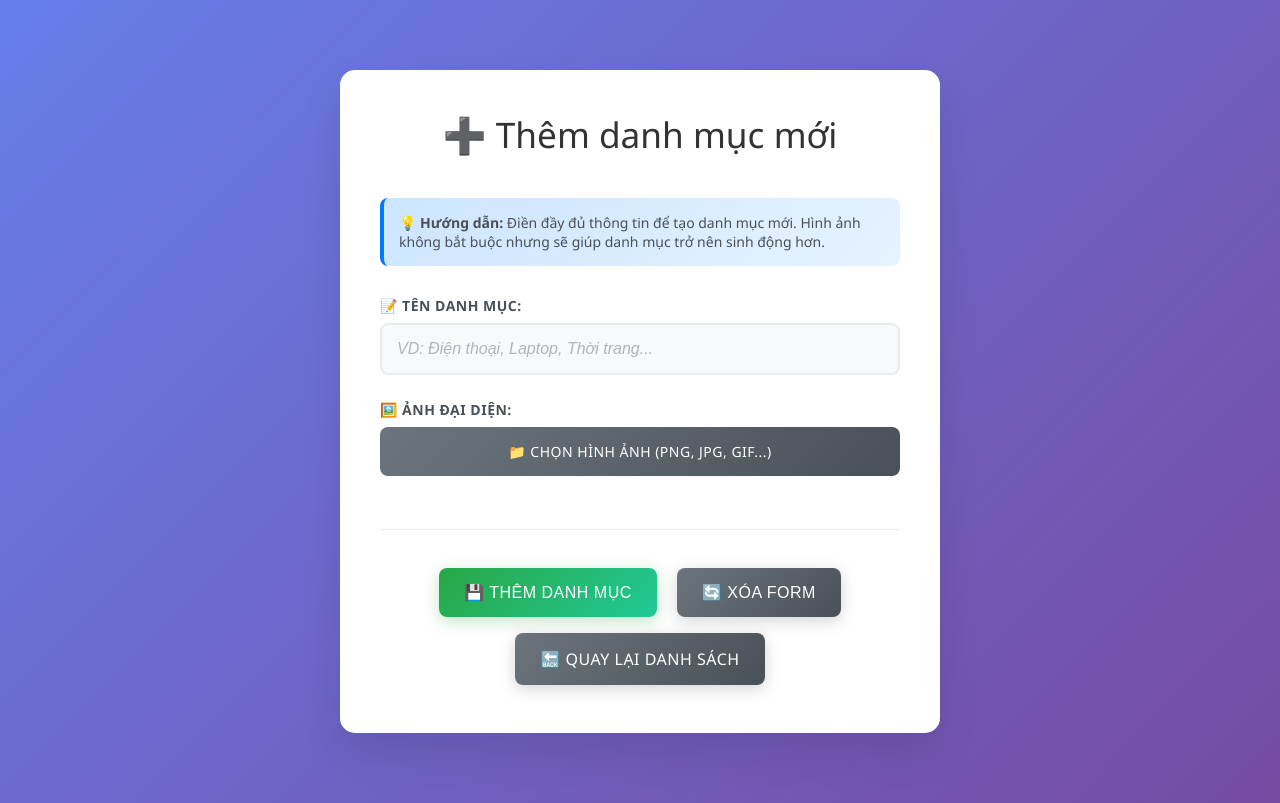
Repository: Ticasslo/23110327_HuynhNgocThang_LTWeb_BT
Page: http://localhost/23110327/views/admin/add-category.jsp
An editor plug-in stored every save of this project. The page is shown before and after the next save, followed by the edit.
The browser window is 1280 px wide. The pictures show the whole page.
The page is served by Tomcat 10.

Above is the page before, as saved 2025-08-29 16:29:19.

After the next save:
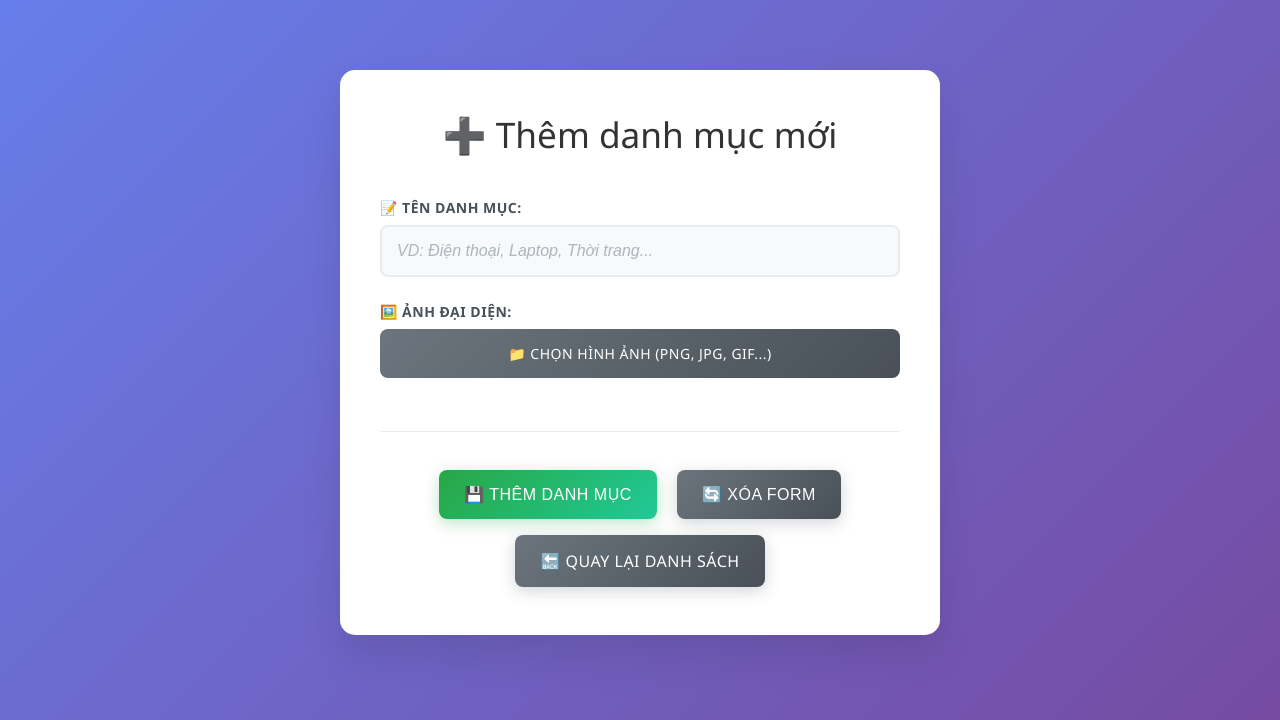
Saved 61 s later.
--- a/23110327/src/main/webapp/views/admin/add-category.jsp
+++ b/23110327/src/main/webapp/views/admin/add-category.jsp
@@ -183,13 +183,6 @@
 	<div class="container">
 		<h1>➕ Thêm danh mục mới</h1>
 
-		<div class="form-info">
-			<p>
-				💡 <strong>Hướng dẫn:</strong> Điền đầy đủ thông tin để tạo danh mục
-				mới. Hình ảnh không bắt buộc nhưng sẽ giúp danh mục trở nên sinh
-				động hơn.
-			</p>
-		</div>
 
 		<form role="form" action="add" method="post"
 			enctype="multipart/form-data">
